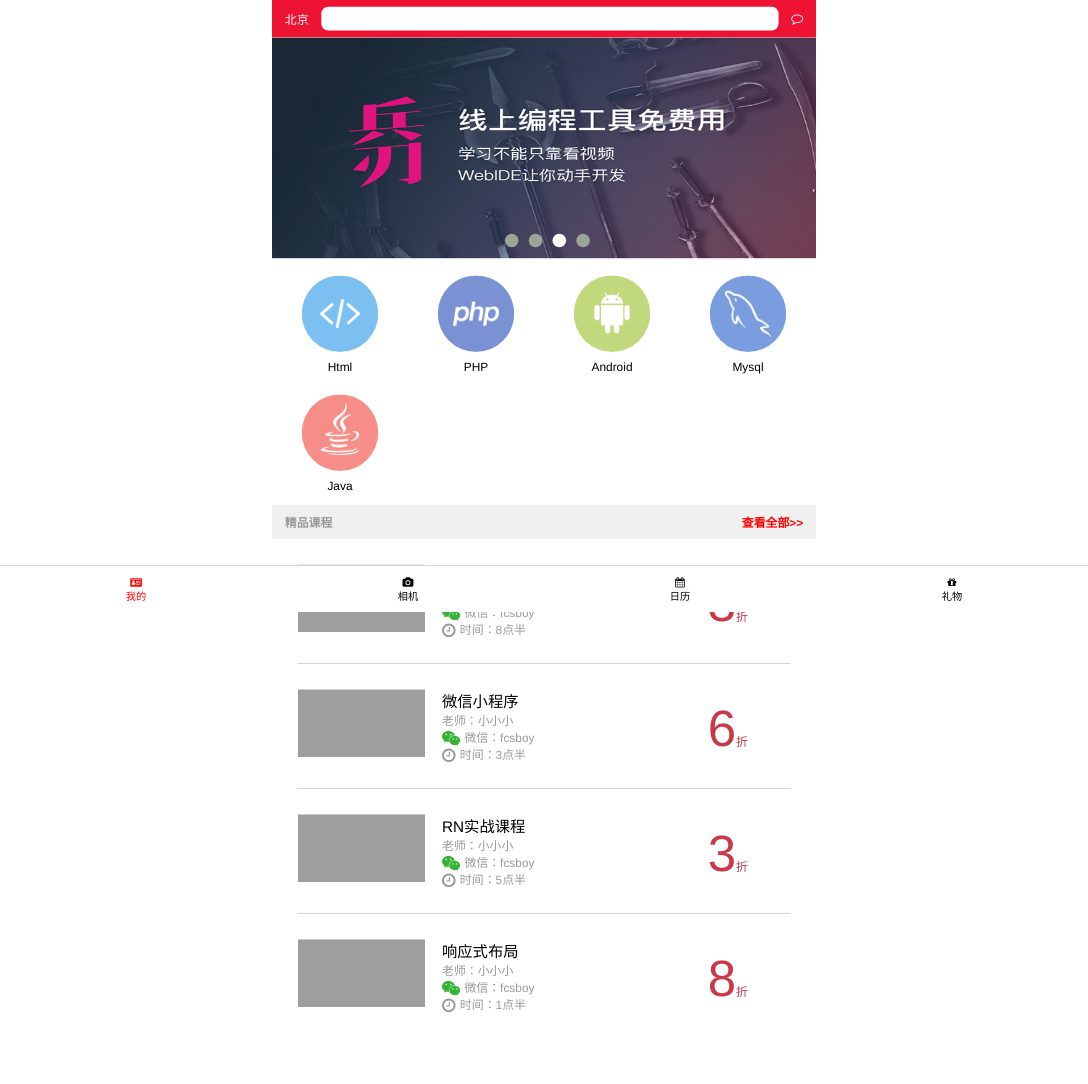
Repository: zhenzhen-gong/flextContent
Page: index.html
These files come from the project's save history. The page is drawn as it stood at one moment and after the next save; the edit follows.
The browser window is 1280 px wide. The pictures show the whole page, at 85% of full size.
Pictures or frames that could not be fetched are drawn as grey boxes.

Above is the page before, as saved 2020-06-19 11:10:51.

### index.html
<!DOCTYPE html>
<html lang="en">

<head>
    <meta charset="UTF-8">
    <meta name="viewport" content="width=device-width, initial-scale=1.0">
    <title>移动端响应式小项目</title>
    <link rel="stylesheet" href="css/style.css">
    <link rel="stylesheet" href="css/font-awesome/css/font-awesome.min.css">
    <script src="http://cdn.bootcss.com/jquery/1.12.4/jquery.js"></script>
    <script src="script.js"></script>
</head>

<body>
    <div class="Tbox">
        <header>
            <a href="#" class="left-address">北京</a>
            <input class="middle-form" name="search">
            <a href="#" class="right-message">
                <i class="fa fa-comment-o"></i>
            </a>
        </header>
        <section>
            <div class="imgholder">
                <div class="imgBox" id="imgBox">
                    <div class="imgcontent active"><img src="img/banner1.jpg" alt="图片加载失败"></div>
                    <div class="imgcontent"><img src="img/banner2.jpg" alt="图片加载失败"></div>
                    <div class="imgcontent"><img src="img/banner3.jpg" alt="图片加载失败"></div>
                    <div class="imgcontent"><img src="img/banner4.jpg" alt="图片加载失败"></div>
                </div>
                <div class="imgCircle" id="imgCircle">
                    <span class="active"></span>
                    <span></span>
                    <span></span>
                    <span></span>
                </div>
            </div>
            <div class="content">
                <div>
                    <img src="img/1.png" alt="">
                    <span>Html</span>
                </div>
                <div>
                    <img src="img/2.png" alt="">
                    <span>PHP</span>
                </div>
                <div>
                    <img src="img/3.png" alt="">
                    <span>Android</span>
                </div>
                <div>
                    <img src="img/4.png" alt="">
                    <span>Mysql</span>
                </div>
                <div>
                    <img src="img/5.png" alt="">
                    <span>Java</span>
                </div>
            </div>
            <div class="nav">
                <span>精品课程</span>
                <span>查看全部>></span>
            </div>
            <div class="items">
                <div class="item">
                    <div class="item_left">
                        <img src="http://szimg.mukewang.com/5806de7c00014a3105400300-360-202.jpg" alt="">
                    </div>
                    <div class="item_center">
                        <p>jQuery实战课程</p>
                        <p>老师：小小小</p>
                        <p><i class="fa fa-weixin fa-lg"></i>微信：fcsboy</p>
                        <p><i class="fa fa-clock-o fa-lg"></i>时间：8点半</p>
                    </div>
                    <div class="item_right">
                        <span>3</span><em>折</em>
                    </div>
                </div>
                <div class="item">
                    <div class="item_left">
                        <img src="http://szimg.mukewang.com/583e42fb0001e04f05400300-360-202.jpg" alt="">
                    </div>
                    <div class="item_center">
                        <p>微信小程序</p>
                        <p>老师：小小小</p>
                        <p><i class="fa fa-weixin fa-lg"></i>微信：fcsboy</p>
                        <p><i class="fa fa-clock-o fa-lg"></i>时间：3点半</p>
                    </div>
                    <div class="item_right">
                        <span>6</span><em>折</em>
                    </div>
                </div>
                <div class="item">
                    <div class="item_left">
                        <img src="http://szimg.mukewang.com/57ec8a820001c60b05400300-360-202.jpg" alt="">
                    </div>
                    <div class="item_center">
                        <p>RN实战课程</p>
                        <p>老师：小小小</p>
                        <p><i class="fa fa-weixin fa-lg"></i>微信：fcsboy</p>
                        <p><i class="fa fa-clock-o fa-lg"></i>时间：5点半</p>
                    </div>
                    <div class="item_right">
                        <span>3</span><em>折</em>
                    </div>
                </div>
                <div class="item">
                    <div class="item_left">
                        <img src="http://szimg.mukewang.com/576b84c10001b1c005400300-360-202.jpg" alt="">
                    </div>
                    <div class="item_center">
                        <p>响应式布局</p>
                        <p>老师：小小小</p>
                        <p><i class="fa fa-weixin fa-lg"></i>微信：fcsboy</p>
                        <p><i class="fa fa-clock-o fa-lg"></i>时间：1点半</p>
                    </div>
                    <div class="item_right">
                        <span>8</span><em>折</em>
                    </div>
                </div>
            </div>
        </section>
    </div>
    <footer>
        <div class="active">
            <a href="#" class="active">
                <i class="fa fa-id-card"></i>
            </a>
            我的
        </div>
        <div>
            <a href="#">
                <i class="fa fa-camera"></i>
            </a>
            相机
        </div>
        <div>
            <a href="#">
                <i class="fa fa-calendar"></i>
            </a>
            日历
        </div>
        <div>
            <a href="#">
                <i class="fa fa-gift"></i>
            </a>
            礼物
        </div>
    </footer>
</body>

</html>

### css/style.css
/* css初始化 */
*{
    margin: 0;
    padding: 0;
    border: none;
}
body{
    font-size: 14px;
    font-family: 'Franklin Gothic Medium', 'Arial Narrow', Arial, sans-serif;
}
a{
    text-decoration: none;
    color: black;
}
/* 正文部分 */
.Tbox{
    width: 640px;
    position: absolute;
    left: 0;
    right: 0;
    margin: 0 auto;
}
/* 头部导航 */
.Tbox>header{
   height: 44px;
   padding: 0 15px;
   background: #ef1333;
   display: flex;
   align-items: center;
}
.Tbox>header>a.left-address{
    margin-right: 15px;
    color: #ffffff;
}
.Tbox>header>input.middle-form{
   flex: 1;
   box-sizing: border-box;
   height: 28px;
   border-radius: 8px;
   border: none;
}
.Tbox>header>a.right-message{
    margin-left: 15px;
    color: #ffffff;
}
/* 图片轮播 */
section>div.imgholder{
    height: 260px;
    width: 100%;
    position: relative;
    overflow: hidden;
}
section>div.imgholder>div.imgBox{
    height: 100%;
    width: 100%;
}
section>div.imgholder>div.imgBox>div.imgcontent{
    position: absolute;
    height: 100%;
    width: 100%;
    overflow: hidden;
    display: none;
}
section>div.imgholder>div.imgBox>div.active{
    display: block;
}
section>div.imgholder>div.imgBox>div.imgcontent>img{
    width: 100%;
    height: 100%;
}
/* 控制图片切换的圆点 */
section>div.imgholder>div.imgCircle{
    position: absolute;
    bottom: 10px;
    width: 100%;
    text-align: center;
}
section>div.imgholder>div.imgCircle>span{
    display: inline-block;
    height: 16px;
    width: 16px;
    border-radius: 50%;
    background: #9aa499;
    cursor: pointer;
    margin-left: 8px;
}
section>div.imgholder>div.imgCircle>span.active{
    background: #ffffff;
}
/* 正文内容菜单部分 */
section>div.content{
    display: flex;
    flex-wrap: wrap;
    padding-top: 10px;
    background: #ffffff;
}
section>div.content>div{
    width: 25%;
    height: 120px;
    text-align: center;
    margin: 10px 0;
}
section>div.content>div>span{
    display: block;
    margin-top: 7px;
}
section>div.content>div>img{
    border-radius: 50%;
}

/* 精品课程的导航条 */
section>div.nav{
    height: 40px;
    background: #f0f0f0;
    display: flex;
    justify-content: space-between;
    align-items: center;
    padding: 0 15px;
}
section>div.nav>span:nth-child(1){
    color: #999;
    font-weight: bold;
}
section>div.nav>span:nth-child(2){
    color: red;
    font-weight: bold;
}

/* 正文内容 */
section>div.items{
    background: #ffffff;
    padding: 0 30px;
    margin-bottom: 54px;
}
section>div.items>div.item{
    position: relative;
    display: flex;
    padding: 30px 0;
    border-bottom: 1px solid #cccccc;
}
section>div.items>div.item:last-child{
    border: none;
}
section>div.items>div.item>div.item_left>img{
    width: 150px;
    height: 80px;
}
section>div.items>div.item>div.item_center{
   padding-left: 20px;
}
.item_center p:nth-child(1){
	font-size: 18px;
}
.item_center p:nth-child(2){
	color: #999;
}
.item_center p:nth-child(3){
	color: #999;
}
.item_center p:nth-child(3) i{
	color: #33b433;
	margin-right: 5px;
}
.item_center p:nth-child(4) i{
	margin-right: 5px;
}
.item_center p:nth-child(4){
	color: #999;
}
.item_center p:nth-child(5){
	color: #999;
}
.item_right{
	position: absolute;
    right: 50px;
    bottom: 35px;
	color:#c9394a;
}
.item_right span{
	font-size: 60px;
}
.item_right em{
    font-size: 14px;
	font-style: normal;
}

/* 页脚部分 */
footer{
    position: fixed;
    bottom: 0;
    height: 54px;
    width: 100%;
    font-size: 12px;
    display: flex;
    align-items: center;
    text-align: center;
    background: #ffffff;;
    border-top: 1px solid #cccccc;
}
footer>div{
    flex: 1;
}
footer>div.active{
    color: red;
}
footer>div>a{
    display: block;
}
footer>div>a.active{
    color: red;
}

### script.js
$(document).ready(function(){
    var index = 0,
        timer = null,
        imgs = $("#imgBox").children("div"),
        circles = $("#imgCircle").children("span")
        console.log(circles);

    function imgslider () {
        //当鼠标在图片上时，停止轮播
        $("#imgBox").mouseover(function(){
            if(timer) clearInterval(timer)
        })
        //当鼠标移出图片时，图片继续轮播
        $("#imgBox").mouseout(function(){
            // 图片自动轮播
        timer = setInterval(function(){
            index++;
            if(index>=imgs.length){
                index = 0
            }
            changeImg()
        },2000)
        });
        //一开始就执行mouseout，图片轮播
        $("#imgBox").mouseout()

        // 点击圆点切换图片
        // 1、找到所有圆点  并为每个圆点绑定click事件
        for(let i = 0;i<circles.length;i++){
            circles[i].id = i;
            circles[i].onclick = function(){
                index = i;
                changeImg()
                if(timer) clearInterval(timer)
            }
        }

    }





    function changeImg() {
       // 当前图片的display属性为block，其他为none；
       for(let i = 0;i<imgs.length;i++){
           imgs[i].style.display = "none"
           circles[i].className = " "
       }
       imgs[index].style.display = "block"
       circles[index].className = "active "
    }
    imgslider()
})

Loaded but not shown: css/font-awesome/css/font-awesome.min.css (library)

After the next save:
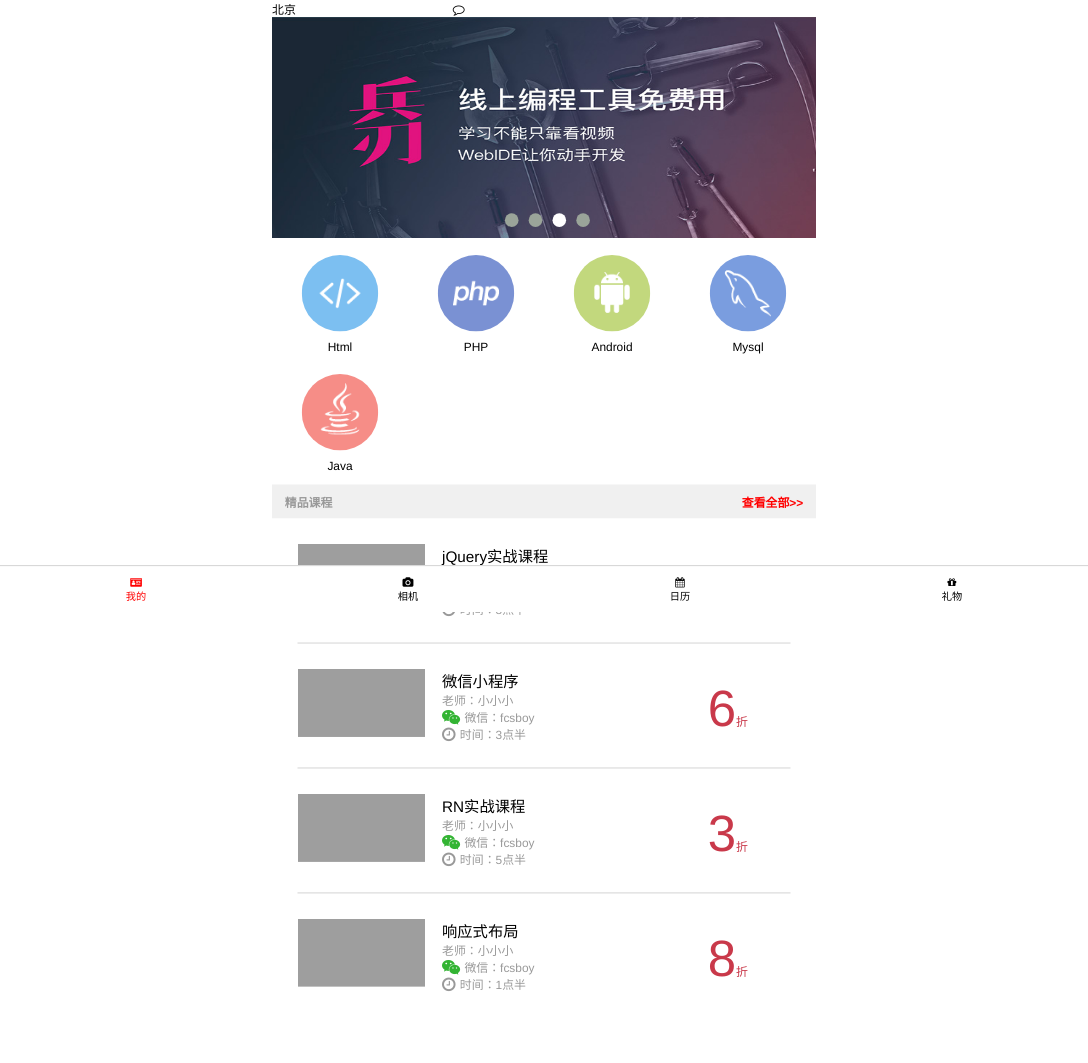
Saved 4 min 21 s later.
--- a/index.html
+++ b/index.html
@@ -13,13 +13,15 @@
 
 <body>
     <div class="Tbox">
-        <header>
+        <div> <!-- 为了解决display：flex与position：fixed的冲突，增加外层盒子 -->
+            <header>
             <a href="#" class="left-address">北京</a>
             <input class="middle-form" name="search">
             <a href="#" class="right-message">
                 <i class="fa fa-comment-o"></i>
             </a>
         </header>
+    </div>
         <section>
             <div class="imgholder">
                 <div class="imgBox" id="imgBox">
